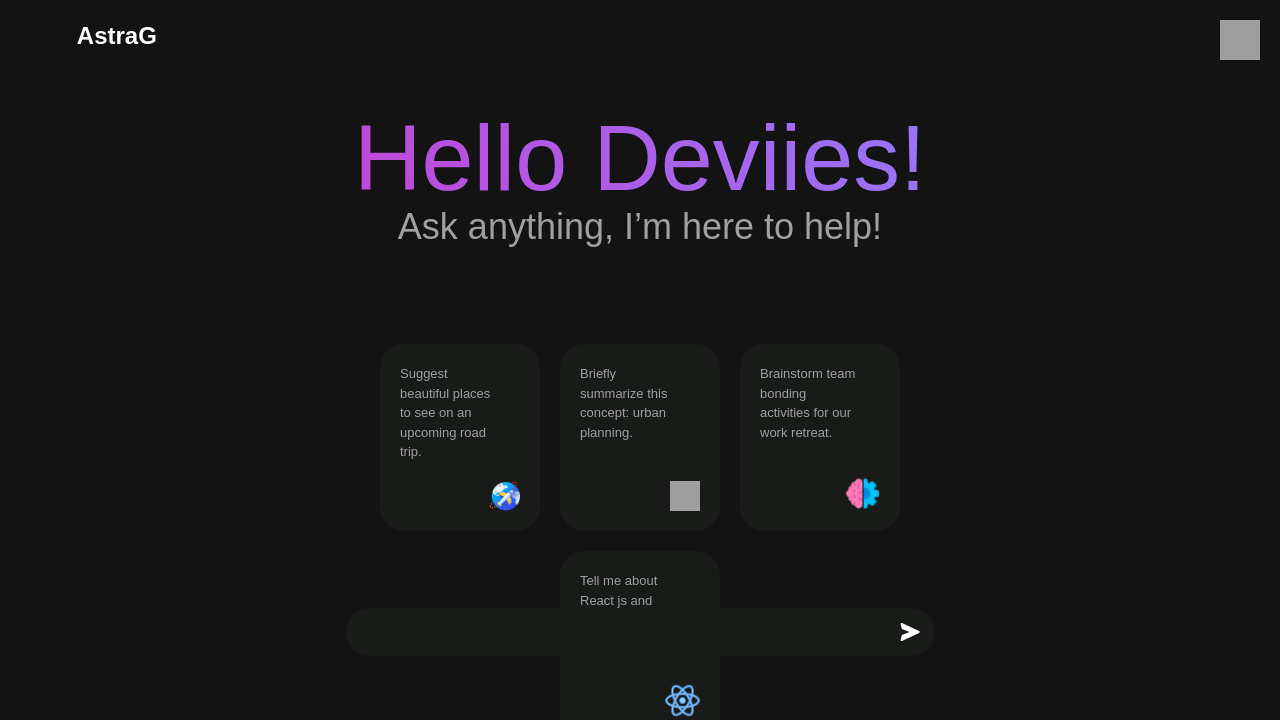
Repository: S-o-b-u/AstraGen1
Page: /
An editor plug-in stored every save of this project. The page is shown before and after the next save, followed by the edit.
The browser window is 1280 px wide. The pictures show the whole page.
Pictures or frames that could not be fetched are drawn as grey boxes. The project was rebuilt for these pictures with package versions that can differ from the ones it lists, and the page was loaded fresh each time. Also part of the build but not shown: vite.config.js, src/components/Loader/Loader.jsx, src/components/Sidebar/SIdebar.jsx.

Above is the page before, as saved 2024-11-14 01:31:18.

### index.html
<!doctype html>
<html lang="en">
  <head>
    <meta charset="UTF-8" />
    <link rel="icon" type="image/svg+xml" href="./icons/logo.png" />
    <meta name="viewport" content="width=device-width, initial-scale=1.0" />
    <title>Astra</title>
  </head>
  <body>
    <div id="root"></div>
    <script type="module" src="/src/main.jsx"></script>
  </body>
</html>

### src/main.jsx
import { createRoot } from "react-dom/client";
import "./index.css";
import App from "./App.jsx";
import ContextProvider from "./context/Context.jsx";

createRoot(document.getElementById("root")).render(
  <ContextProvider>
    <App />
  </ContextProvider>
);

### src/index.css
@tailwind base;
@tailwind components;
@tailwind utilities;
@import url('https://fonts.googleapis.com/css2?family=Outfit:wght@100..900&family=Poppins:ital,wght@0,100;0,200;0,300;0,400;0,500;0,600;0,700;0,800;0,900;1,100;1,200;1,300;1,400;1,500;1,600;1,700;1,800;1,900&display=swap');
*{
    padding: 0;
    margin: 0;
    box-sizing: border-box;
    font-family: "Outfit", sans-serif;
}
#root{
    width: 100%;
    height: 100vh;
    background-color: #131313;
}

### src/App.jsx
import { useState } from 'react'
import reactLogo from './assets/react.svg'
import viteLogo from '/vite.svg'
import Main from './components/Main/Main'
import Sidebar from './components/Sidebar/SIdebar'

function App() {

  return (
    <>
<div className='h-[100vh] w-[100%] overflow-hidden '>
{/* <Sidebar/> */}
<Main/>
</div>
    </>
  )
}

export default App

### src/context/Context.jsx
import React, { createContext, useState } from "react";
import run from "../config/gemini";

export const Context = createContext();

const ContextProvider = (props) => {
const newChat = ()=>{
  setLoading(false);
  setShowResult(false)
}


  const onSent = async (prompt) => {
    setResultData("");
    setLoading(true);
    setShowResult(true);
    setInput("");

    let response;
    if (prompt !== undefined) {
      setRecentPrompt(prompt)
      response = await run(prompt)
    }else{
      setPrevPrompt(prev => [...prev, Input])
      setRecentPrompt(Input);
      response = await run(Input)

    }



    const formattedResponse = response
      .replace(/## (.*)/g, "<h2>$1</h2>")
      .replace(/\*\*(.+?)\*\*/g, "<b>$1</b>")
      .replace(/\n\n/g, "<p></p>")
      .replace(/\n/g, "<br />")
      .replace(/\*/g, ">");
    console.log(formattedResponse);
    let newResponseArray = formattedResponse.split(" ");
    let delay = 0;
    newResponseArray.forEach((word, index) => {
      setTimeout(() => {
        setResultData((prev) => prev + word + " ");
      }, delay);
      delay += 75;
    });

    setLoading(false);
  };
  const [Input, setInput] = useState("");
  const [RecentPrompt, setRecentPrompt] = useState("");
  const [PrevPrompt, setPrevPrompt] = useState([]);
  const [ShowResult, setShowResult] = useState(false);
  const [Loading, setLoading] = useState(false);
  const [ResultData, setResultData] = useState("");

  const contextValue = {
    Input,
    setInput,
    RecentPrompt,
    setRecentPrompt,
    PrevPrompt,
    setPrevPrompt,
    ShowResult,
    Loading,
    ResultData,
    onSent,
    newChat
  };
  return (
    <Context.Provider value={contextValue}>{props.children}</Context.Provider>
  );
};
export default ContextProvider;

### src/components/Main/Main.jsx
import { useContext } from "react";
import "./Main.css";
import { Context } from "../../context/Context";
import MyLoader from "../Loader/Loader";
const Main = () => {

  const {
    Input,
    setInput,
    RecentPrompt,
    setRecentPrompt,
    PrevPrompt,
    setPrevPrompt,
    ShowResult,
    Loading,
    setResultData,
    ResultData,
    onSent,
  } = useContext(Context);
  const handleKeyDown = (event)=>{
    if (event.key == "Enter") {
      onSent();
    }
  }
  const loadPrompt = (prompt) => {
    setInput(prompt);
  };
  return (
    <>
     <div className="relative w-[100%] h-[100vh] overflow-hidden">
     <div className="relative px-5 py-5">
        <nav className=" flex justify-between ">
          <h1 className="absolute text-white left-16  lg:left-[6vw] text-2xl font-semibold">
            AstraG
          </h1>
          <img
            className=" absolute right-5 w-[40px] h-[40px]"
            src=".\icons\cat.png"
            alt="user"
          />
        </nav>
      </div>

      {!ShowResult ? (
        <>
          <div className="greet-cards relative h-32 text-center top-12 lg;top-20 ">
            <div className=" relative flex justify-center">
            <p className="text-[7vh] absolute lg:text-[13vh]">
              <span>Hello Deviies!</span>
            </p>
            <p className="text-[2.5vh] lg:text-[5vh] absolute mt-16 lg:mt-28 ">
            Ask anything, I’m here to help!{" "}
            </p>
            </div>
            <div className="cards justify-center lg:absolute lg:left-[50%] lg:-translate-x-[50%] text-white mt-28 lg:mt-64 flex flex-wrap gap-2 lg:gap-5 ">
              <div onClick={()=>loadPrompt("Suggest beautiful places to see on an upcoming road trip.")} className="card relative transition-all text-start ease-in-out duration-300 bg-[#181B18] hover:bg-[#161816] p-5 lg:w-40 lg:h-[26vh] rounded-3xl ">
                <p className="text-[13px] w-24">
                  Suggest beautiful places to see on an upcoming road trip.
                </p>
                <img
                  className="w-[30px] h-[30px] absolute  bottom-5 right-5 opacity-0 lg:opacity-100"
                  src=".\icons\airplane.png"
                  alt=""
                />
              </div>
              <div onClick={()=>loadPrompt("Briefly summarize this concept: urban planning.")} className="card relative transition-all text-start ease-in-out duration-300 bg-[#181B18] hover:bg-[#161816] p-5 lg:w-40 lg:h-[26vh] rounded-3xl">
                <p className="text-[13px] w-24">
                  Briefly summarize this concept: urban planning.
                </p>
                <img
                  className="w-[30px] h-[30px] absolute  bottom-5 right-5 opacity-0 lg:opacity-100"
                  src=".\icons\urban.png"
                  alt=""
                />
              </div>
              <div onClick={()=>loadPrompt("Brainstorm team bonding activities for our work retreat.")} className="card relative transition-all text-start ease-in-out duration-300 bg-[#181B18] hover:bg-[#161816] p-5 lg:w-40 lg:h-[26vh] rounded-3xl">
                <p className="text-[13px] w-24">
                  Brainstorm team bonding activities for our work retreat.
                </p>
                <img
                  className="w-[35px] h-[35px] absolute  bottom-5 right-5 opacity-0 lg:opacity-100"
                  src=".\icons\brain.png"
                  alt=""
                />
              </div>
              <div onClick={()=>loadPrompt("Tell me about React js and React native.")} className="card relative transition-all text-start ease-in-out duration-300 bg-[#181B18] hover:bg-[#161816] p-5 lg:w-40 lg:h-[26vh] rounded-3xl">
                <p className="text-[13px] w-24">
                  Tell me about React js and React native.
                </p>
                <img
                  className="w-[35px] h-[35px] absolute  bottom-5 right-5 opacity-0 lg:opacity-100"
                  src=".\icons\react.png"
                  alt=""
                />
              </div>
            </div>
          </div>


        </>
      ) : (
        <>
          <div className="result w-100% h-[71vh] overflow-auto absolute px-72 py-2 top-24  flex flex-col gap-4  text-white">
            <div className="user flex gap-3 items-center">
              <img
                className="w-[30px] h-[30px]"
                src=".\icons\cat.png"
                alt="user"
              />
              <p>{RecentPrompt}</p>
            </div>
            <div className="result-data  ml-1   flex gap-2">
              <img  className="w-[30px] h-[30px]"
                src=".\icons\chai-tea.png"
                alt="user" />
                {Loading? <MyLoader/>
                :
              <p className=" mt-1" dangerouslySetInnerHTML={{ __html: ResultData }} />
            }
            </div>
          </div>
        </>
      )}
      <div className="prompt flex gap-5 absolute bg-[#181B18] left-[50%] -translate-x-[50%] bottom-32 lg:bottom-16 w-[90%] lg:w-[46vw] rounded-full p-3">
        <input
          onChange={(e) => setInput(e.target.value)}
          onKeyDown={handleKeyDown}
          value={Input}
          className="w-[90%] text-white ml-3 border-none outline-none bg-transparent"
          type="text"
          placeholder=""
        />

        <button onClick={() => onSent()}>
          <img src=".\icons\send.svg" alt="" />
        </button>
      </div>
     </div>
    </>
  );
};

export default Main;

### src/config/gemini.js
import {
  GoogleGenerativeAI,
  HarmCategory,
  HarmBlockThreshold,
} from "@google/generative-ai";

const genAI = new GoogleGenerativeAI("AIzaSyAHY2uC3JZMNVIONYYos892Is-U_CMPQJ0");

const model = genAI.getGenerativeModel({ model: "gemini-1.5-flash" });

const generationConfig = {
  temperature: 1,
  topP: 0.95,
  topK: 40,
  maxOutputTokens: 8192,
  responseMimeType: "text/plain",
};

async function run(prompt) {
  const chatSession = model.startChat({
    generationConfig,
    history: [],
  });

  const result = await chatSession.sendMessage(prompt);
  const response = result.response;
  console.log(response.text());
  return response.text();
}

export default run;

### src/components/Main/Main.css
.greet-cards p{
    color: #9fa0a0;
}
.greet-cards span{
 background: -webkit-linear-gradient(16deg, #be4bdb 5%, #9775fa);
 -webkit-background-clip: text;
 -webkit-text-fill-color: transparent;
}
.result::-webkit-scrollbar{
    display: none;

}
.result-data p{
    line-height: 2.5;
    width: 90%;
}
.result-data p b{
   color: #67dfff;
}
.result-data p h2{
   color: 	#b581fe;
}

Loaded but not shown: tailwind.config.js (common file)

After the next save:
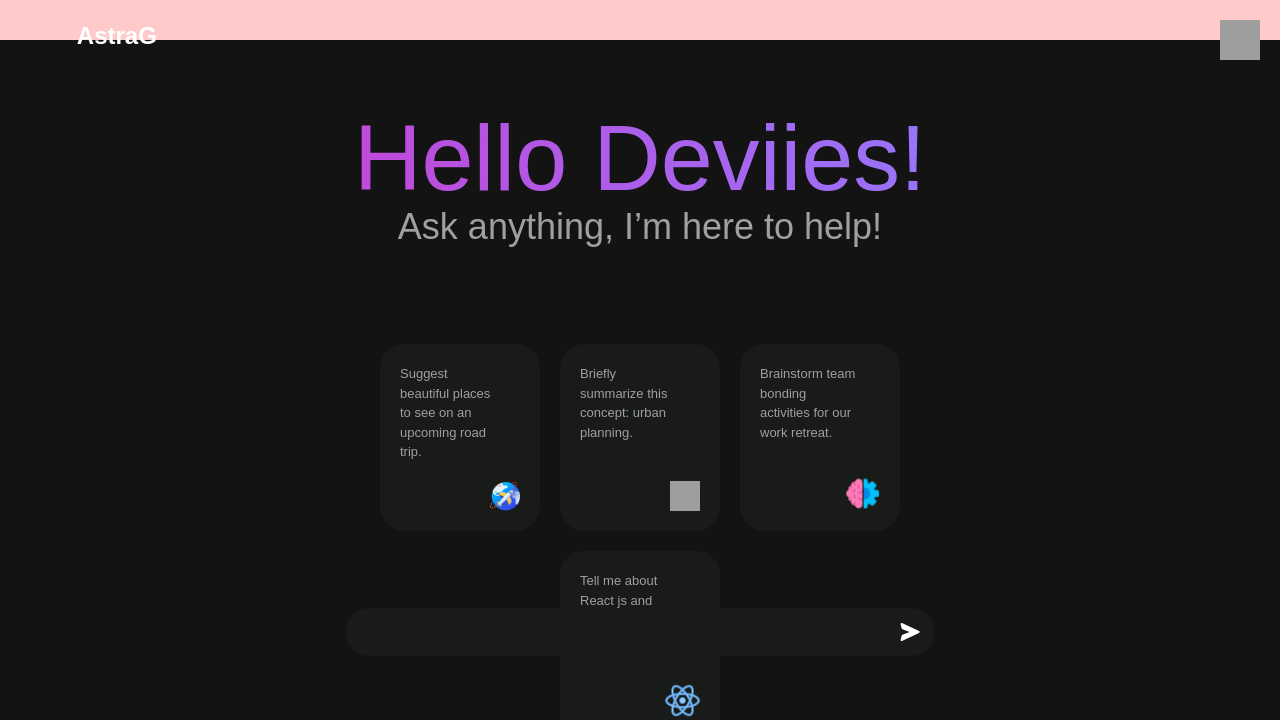
Saved 12 s later.
--- a/src/components/Main/Main.jsx
+++ b/src/components/Main/Main.jsx
@@ -28,7 +28,7 @@ const Main = () => {
   return (
     <>
      <div className="relative w-[100%] h-[100vh] overflow-hidden">
-     <div className="relative px-5 py-5">
+     <div className="relative bg-red-200 px-5 py-5">
         <nav className=" flex justify-between ">
           <h1 className="absolute text-white left-16  lg:left-[6vw] text-2xl font-semibold">
             AstraG
